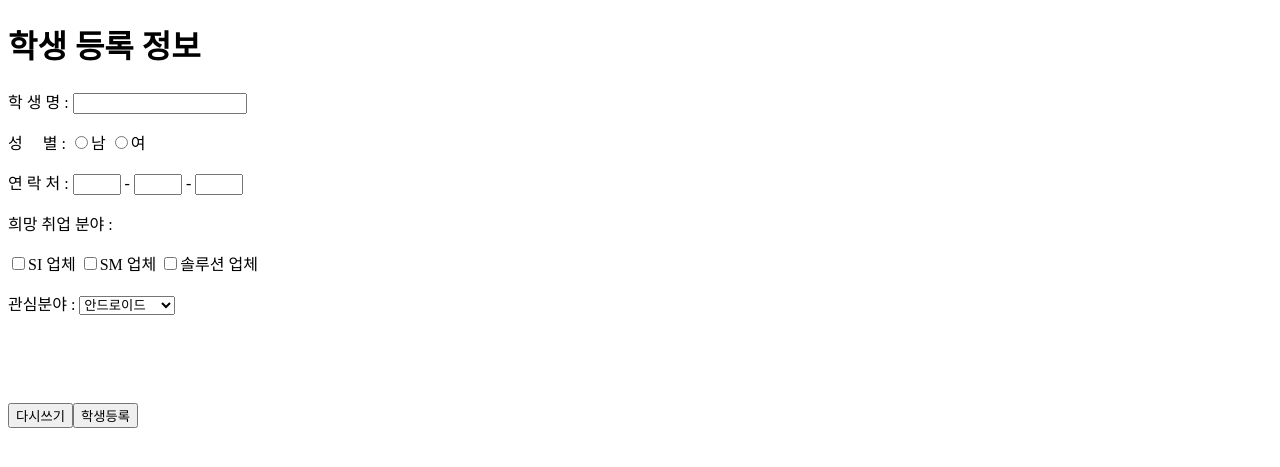
Repository: ddochiisrich/Ddochi-Web
Page: http://localhost/JSPStudyCh04Exam/jspFormData02.jsp
The author's editor kept a copy of each file at every save. The page is drawn from the files as they stood at one save, then again after the next save.
The browser window is 1280 px wide. The pictures show the whole page.
The page is served by Tomcat 9.

Above is the page before, as saved 2024-04-04 13:12:03.

After the next save:
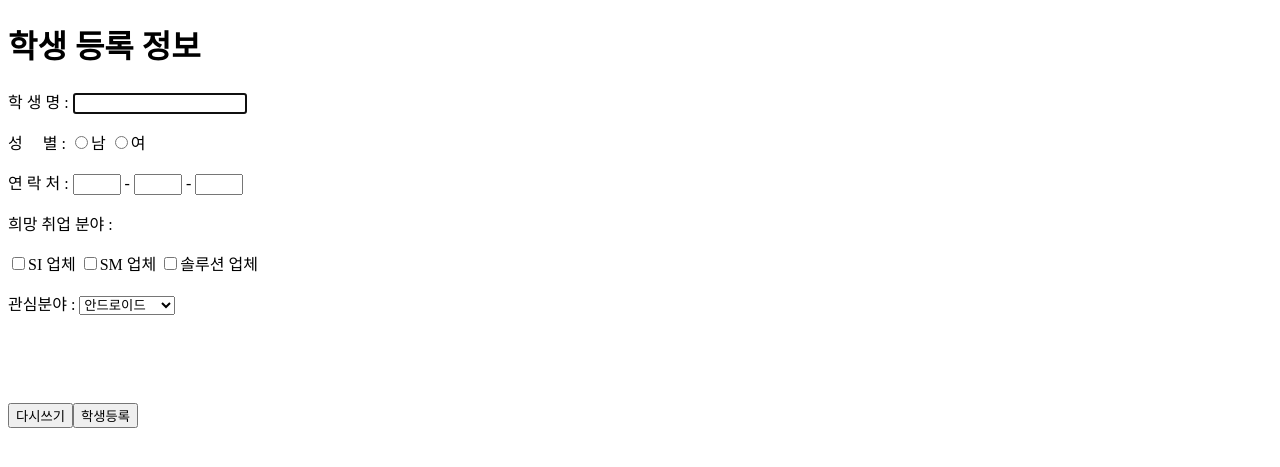
Saved 16 s later.
--- a/JSPStudyCh04Exam/src/main/webapp/jspFormData02.jsp
+++ b/JSPStudyCh04Exam/src/main/webapp/jspFormData02.jsp
@@ -20,7 +20,7 @@ width:166px;
 <body>
 	<form name="studentInfo" action="studentInfo">
 		<h1>학생 등록 정보</h1>
-		<p>학&nbsp;생&nbsp;명 : <input type="text" name="name" class="name"></p>
+		<p>학&nbsp;생&nbsp;명 : <input type="text" name="name" class="name" autofocus></p>
 		<p>성&nbsp;&nbsp;&nbsp;&nbsp;&nbsp;별 : <input type="radio" name="gender" value="male">남 <input type="radio" name="gender" value="female">여</p>
 		<p>연&nbsp;락&nbsp;처 : <input type="text" name="phone1" class="phone1"> - <input type="text" name="phone2" class="phone2"> - <input type="text" name="phone3" class="phone3"></p>
 		<p>희망 취업 분야 :</p>
